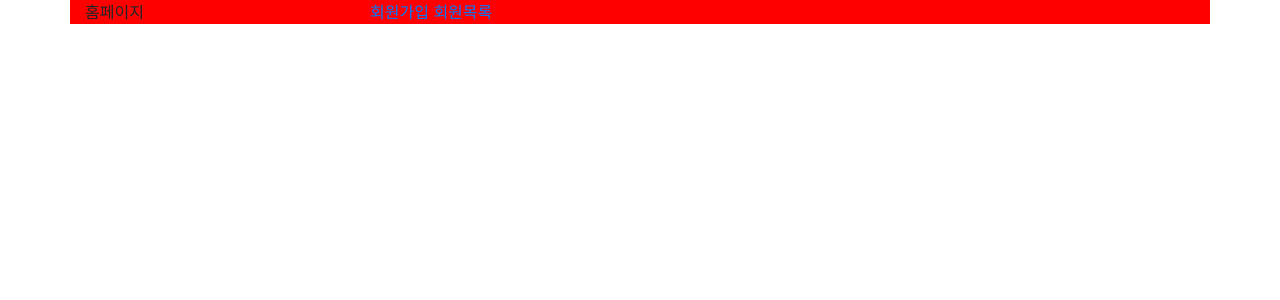
Repository: rjadmsekf13/20201113
Page: Tlqkfrj/WebContent/index.html
An editor plug-in stored every save of this project. The page is shown before and after the next save, followed by the edit.
The browser window is 1280 px wide. The pictures show the whole page.

Above is the page before, as saved 2020-11-06 00:45:57.

### Tlqkfrj/WebContent/index.html
<!DOCTYPE html>
<html>
<head>
<meta charset="UTF-8">
<!-- Latest compiled and minified CSS -->
<link rel="stylesheet"
	href="https://maxcdn.bootstrapcdn.com/bootstrap/4.5.2/css/bootstrap.min.css">
<!-- jQuery library -->
<script
	src="https://ajax.googleapis.com/ajax/libs/jquery/3.5.1/jquery.min.js"></script>
<!-- Popper JS -->
<script
	src="https://cdnjs.cloudflare.com/ajax/libs/popper.js/1.16.0/umd/popper.min.js"></script>
<!-- Latest compiled JavaScript -->
<script
	src="https://maxcdn.bootstrapcdn.com/bootstrap/4.5.2/js/bootstrap.min.js"></script>
<title>Insert title here</title>
<style>
	.blue
	{
		background-color: blue;
	}
	.yellow
	{
		background-color: yellow;
	}
	.red
	{
		background-color: red;
	}
	.gray
	{
		background-color: gray;
	}
</style>
</head>
<body>
	<div class="container gray">
		<div class="row red">
			<div class="col-md-3">홈페이지</div>
			<div class="col-md-9">
				<a href="join.html">회원가입</a> <a href="list.html">회원목록</a>
			</div>
		</div>
	</div>
</body>
</html>

After the next save:
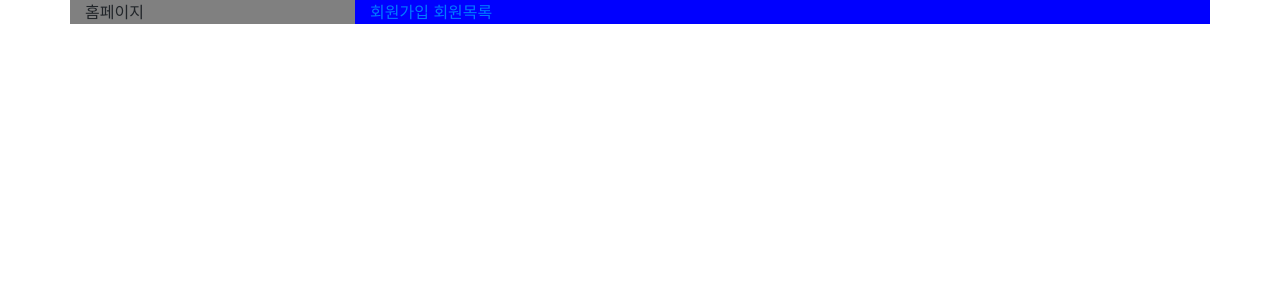
Saved 99 s later.
--- a/Tlqkfrj/WebContent/index.html
+++ b/Tlqkfrj/WebContent/index.html
@@ -35,11 +35,14 @@
 </style>
 </head>
 <body>
-	<div class="container gray">
+	<div class="container">
 		<div class="row red">
-			<div class="col-md-3">홈페이지</div>
-			<div class="col-md-9">
-				<a href="join.html">회원가입</a> <a href="list.html">회원목록</a>
+			<div class="col-md-3 gray">
+			홈페이지
+			</div>
+			<div class="col-md-9 blue">
+				<a href="join.html">회원가입</a>
+				<a href="list.html">회원목록</a>
 			</div>
 		</div>
 	</div>
